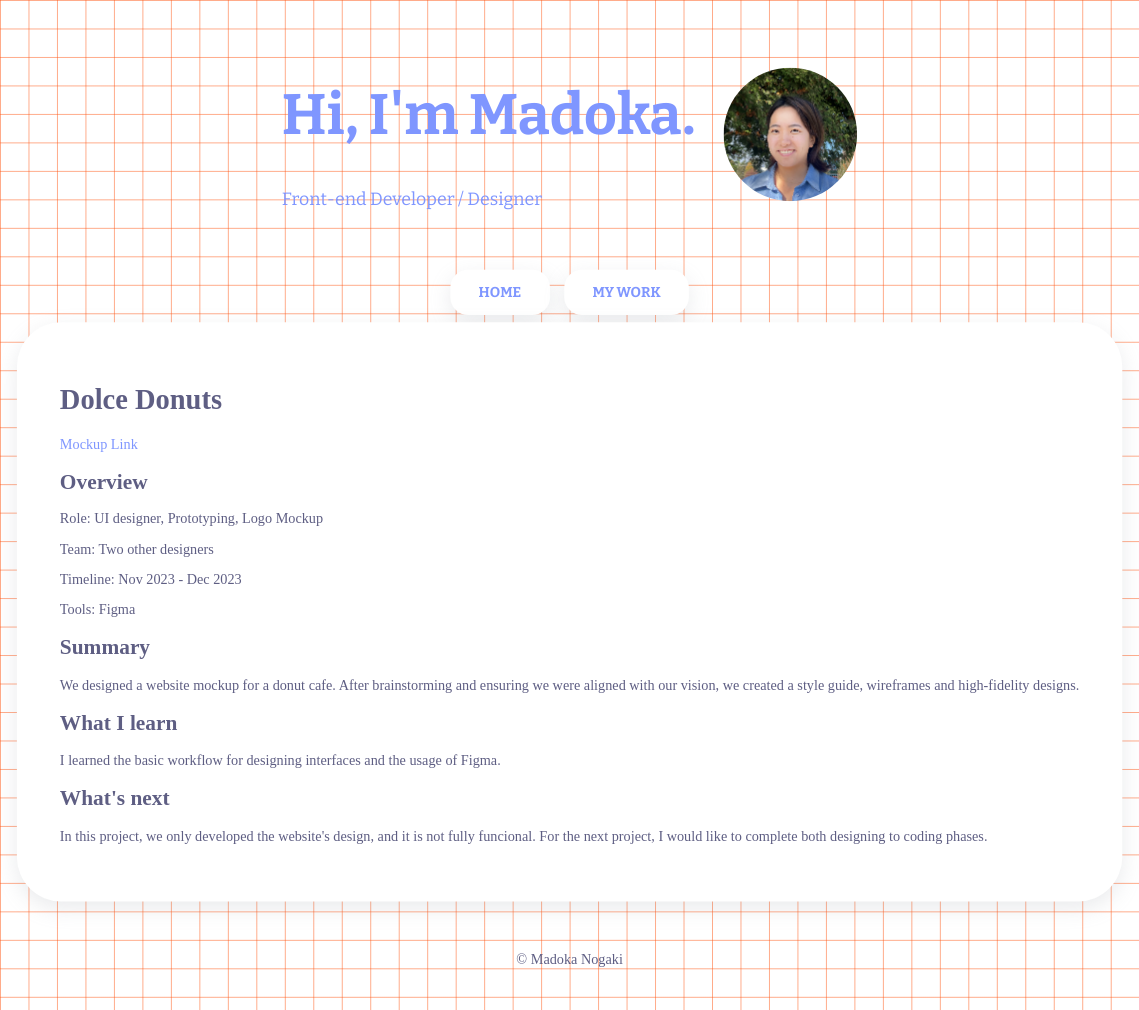
Repository: ohmaruko/portfolio
Page: /links/dolcedonuts
These files come from the project's save history. The page is drawn as it stood at one moment and after a run of saves; the edit follows.
The browser window is 1280 px wide. The pictures show the whole page, at 89% of full size.
The project was rebuilt for these pictures with package versions that can differ from the ones it lists, and the page was loaded fresh each time. The framework's server and built-in components were replaced by stand-ins that run in the browser. Also part of the build but not shown: next.config.mjs.

Above is the page before, as saved 2024-02-18 01:10:13.

After the next 2 saves:
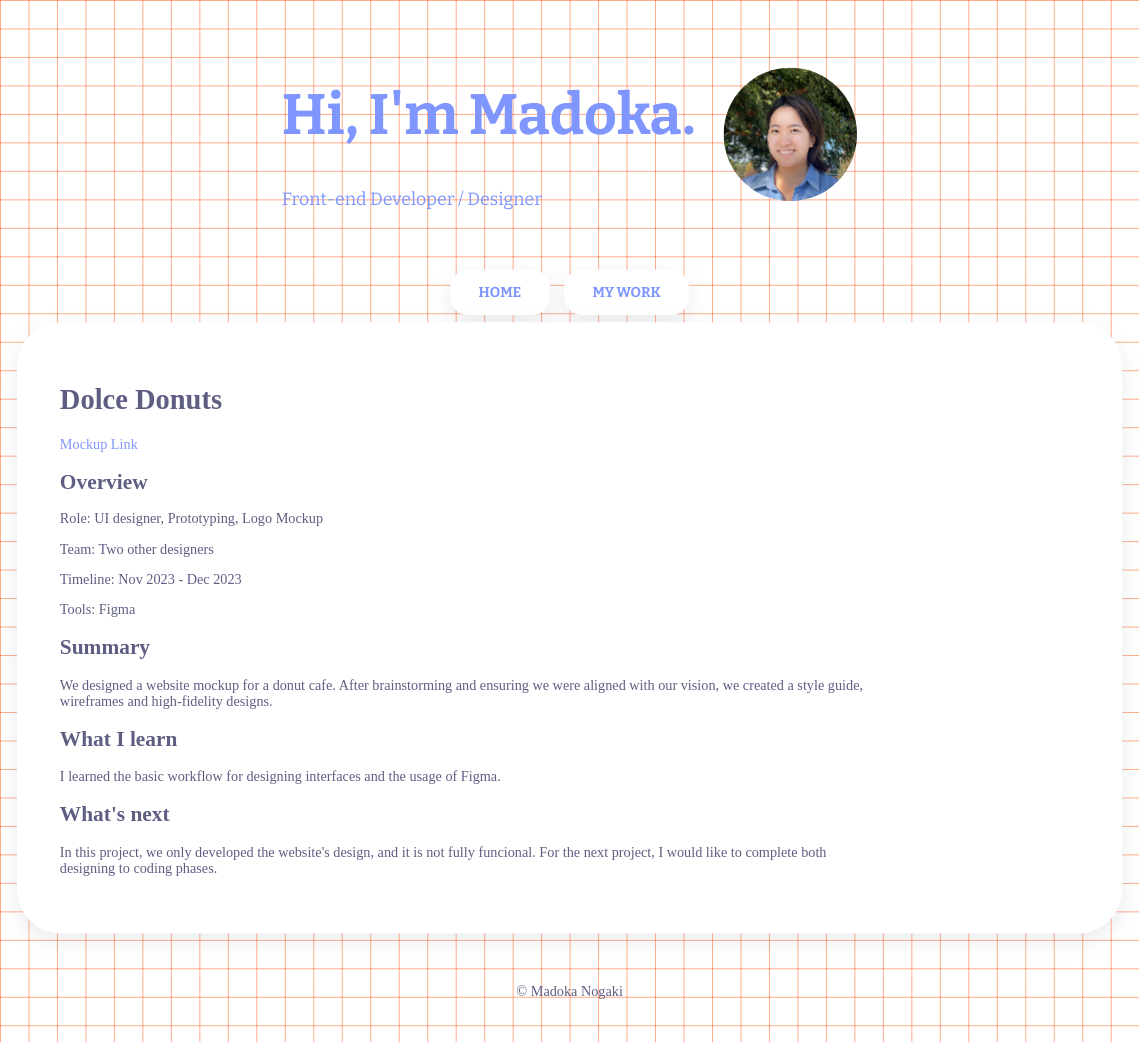
The 2 saves are shown as one change because they came seconds apart.
The last was saved 12 s later.
--- a/styles/Home.module.css
+++ b/styles/Home.module.css
@@ -46,6 +46,9 @@
   flex-wrap: wrap;
   justify-content: center;
 }
+.donutsInner {
+  width: 80%;
+}
 .hair h1{
   color: var(--blue);
 }
